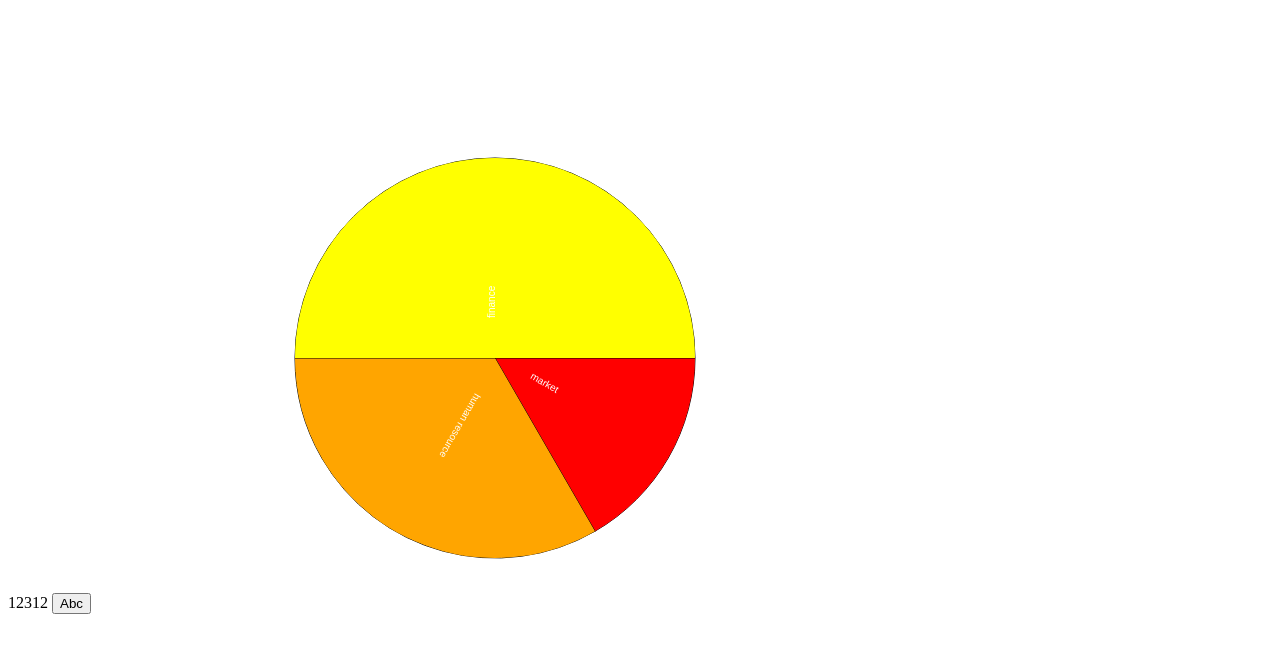
Repository: ycdtc/movie
Page: aaa/WebContent/index.html
An editor plug-in stored every save of this project. The page is shown before and after the next save, followed by the edit.
The browser window is 1280 px wide. The pictures show the whole page.
After loading, the first visible `#abc` was clicked once.

Above is the page before, as saved 2017-06-20 08:08:37.

### aaa/WebContent/index.html
                                                                                                                                                                                                                                                                                                                                                                                                                                                                                                                                                                                                                                                                                                                                                                                                                                                                                                                                                                                                                                                                                                                                                                                                                                                                                                                                                                                                                                                                                                                                                                                                                                                                                                                                                                                                                                                                                                                                                                                                                                                                                                                                                                                                                                                                                                                                                                                                                                                                                                                               <!DOCTYPE html><html>
<head>
<meta charset="UTF-8">
<script type="text/javascript" src="javascript/jquery.min.js"></script>
<script type="text/javascript" src="javascript/base.js"></script>
<title>Insert title here</title>
</head>
<body>
12312
<button id="abc">Abc</button>
<canvas id="can1" height="600" width="800"></canvas>
</body>
<script>
	$("#abc").click(function(e){
		//location.href = "hr.html?id=123"
		drawPie("can1",[10,20,30],["market","human resource","finance"]);
	});


</script>
</html>

### aaa/WebContent/javascript/base.js
/**
 *
 */
var colors = ["red","orange","yellow","green","blue","purple","black"];
function getRequest() {
	var url = location.search;
	var paras = url.substr(1).split("&");
	var res = new Object();
	for(var i=0;i<paras.length;i++){
		res[paras[i].split("=")[0]] = paras[i].split("=")[1];
	}
	return res;
}

function drawPie(chart,value,name){
	var can = document.getElementById(chart);

	var ctx = can.getContext("2d");
	var start = 0;
	var end = 0;
	ctx.translate(400,350);
	var sum = 0;
	for(var i=0;i<value.length;i++){
		sum += value[i];
	}
	for(var i=0;i<value.length;i++){
		start = end;
		end += value[i]/sum * 2 * Math.PI;
		ctx.fillStyle = colors[i];
		ctx.beginPath();
		ctx.moveTo(0,0);
		ctx.arc(0,0,200,start,end);
		ctx.closePath();
		ctx.stroke();
		ctx.fill();
	}
	start = 0;
	end = 0;
	var now = 0 ;
	for(var i=0;i<value.length;i++){
		start = end;
		end += value[i]/sum * 2 * Math.PI;
		ctx.rotate(now + (end-start)/2);
		now = (end-start)/2;
		//ctx.font = "25px scans-serif";
		ctx.fillStyle = "white";
		ctx.fillText(name[i], 40 , 0);
	}
	ctx.rotate(-Math.PI/6);
}

Loaded but not shown: aaa/WebContent/javascript/jquery.min.js (library)

After the next save:
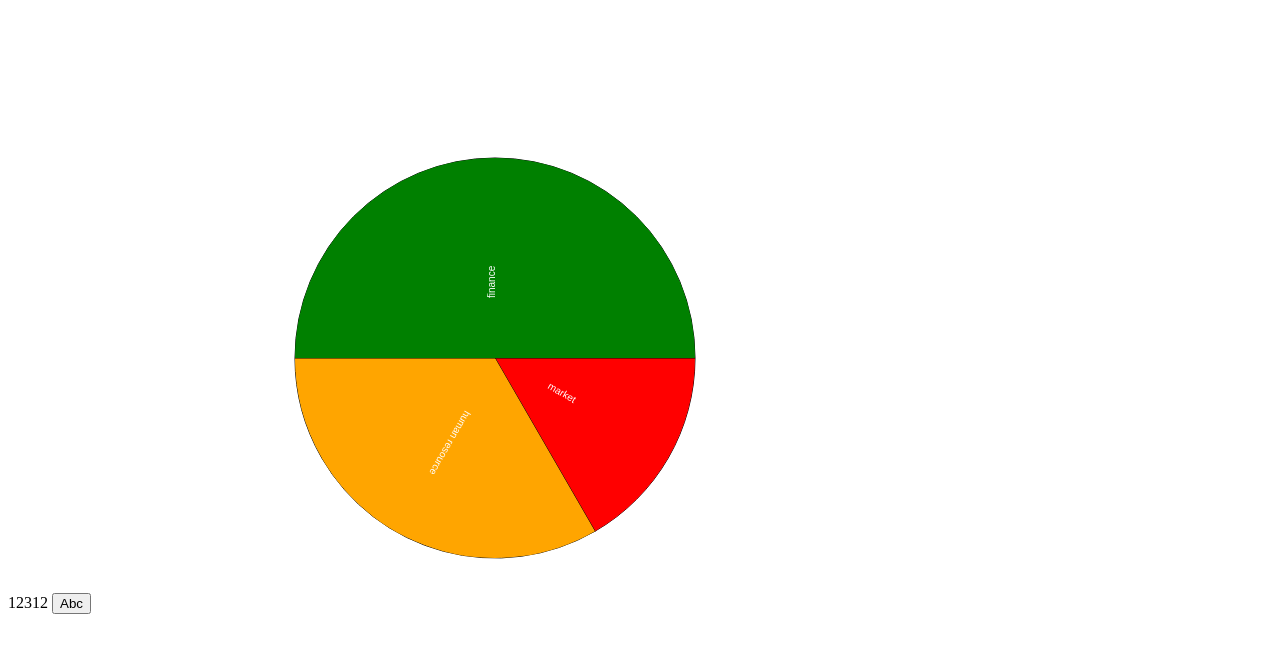
Saved 59 s later.
--- a/aaa/WebContent/javascript/base.js
+++ b/aaa/WebContent/javascript/base.js
@@ -1,7 +1,7 @@
 /**
  *
  */
-var colors = ["red","orange","yellow","green","blue","purple","black"];
+var colors = ["red","orange","green","blue","purple","black"];
 function getRequest() {
 	var url = location.search;
 	var paras = url.substr(1).split("&");
@@ -42,9 +42,9 @@ function drawPie(chart,value,name){
 		end += value[i]/sum * 2 * Math.PI;
 		ctx.rotate(now + (end-start)/2);
 		now = (end-start)/2;
-		//ctx.font = "25px scans-serif";
+		ctx.font = "20px";
 		ctx.fillStyle = "white";
-		ctx.fillText(name[i], 40 , 0);
+		ctx.fillText(name[i], 60 , 0);
 	}
 	ctx.rotate(-Math.PI/6);
 }
